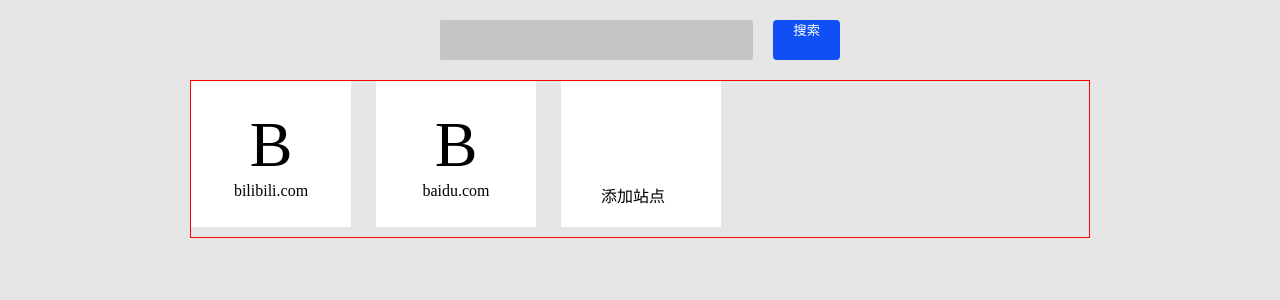
Repository: chenguocan/-
Page: src/index.html
These files come from the project's save history. The page is drawn as it stood at one moment and after the next save; the edit follows.
The browser window is 1280 px wide. The pictures show the whole page.

Above is the page before, as saved 2020-08-12 15:04:06.

After the next save:
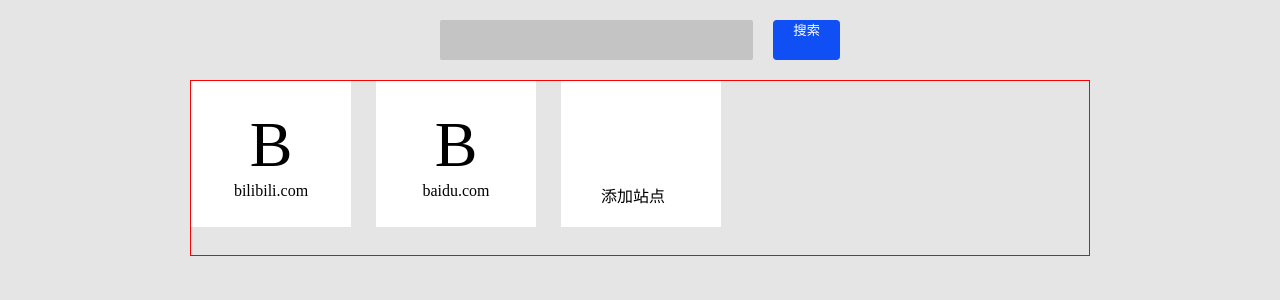
Saved 24 s later.
--- a/src/style.css
+++ b/src/style.css
@@ -93,18 +93,6 @@
 .siteList .siteBox>.site{
     font-size:16px;
 }
-.delete{
-    position: relative;
-    display: none;
-    cursor: pointer;
-}
-.delete>.icon{
-    width: 30px;
-    height: 30px;
-    position: absolute;
-    right: 0px;
-    top:0px;
-}
 .siteList .site:hover>.delete{
     display: block;
 }
